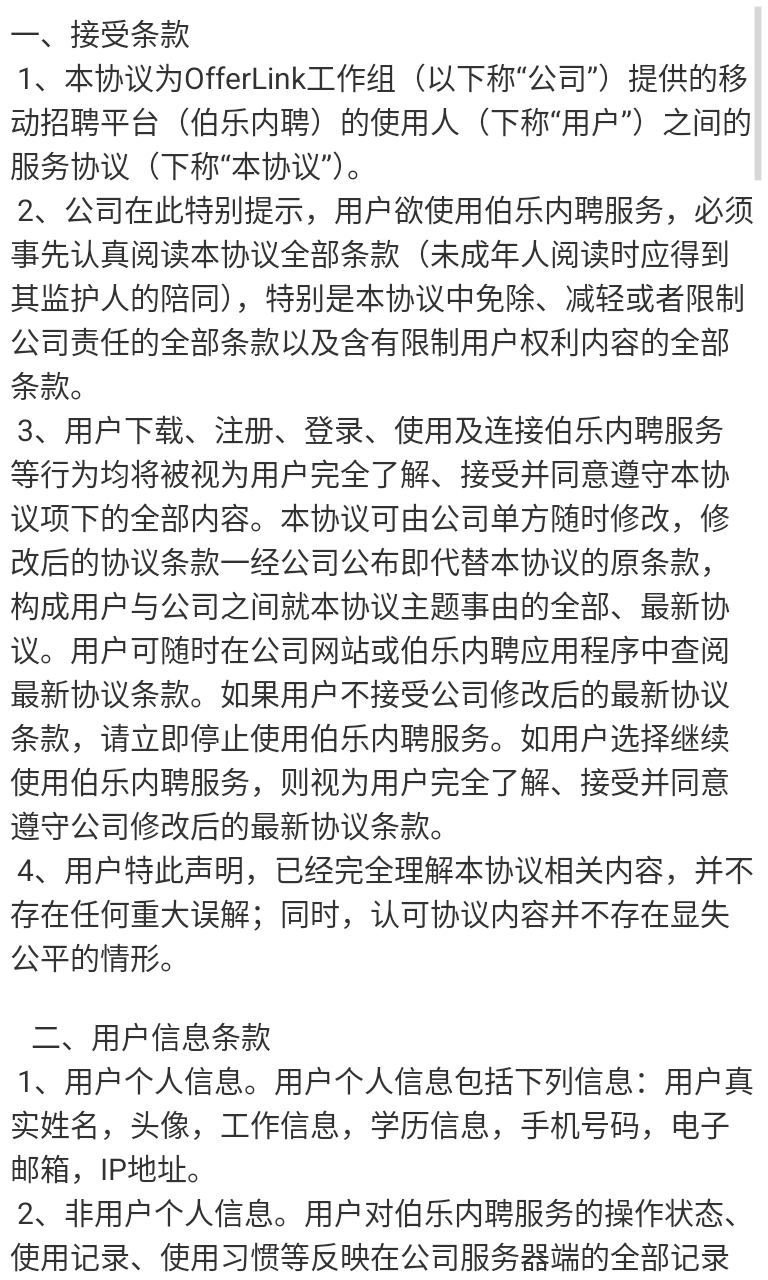
Repository: qinyuemin/OfferMe
Layout: OfferMe/OfferLinkClient/res/layout/dialog_agreement.xml
These files come from the project's save history. The layout is drawn as it stood at one moment and after the next save; the edit follows.
It is drawn on a 768 x 1280 px phone screen (xhdpi) without system bars, with theme AppTheme; the app's code is not run.

Above is the layout before, as saved 2014-12-19 17:17:07.

### OfferMe/OfferLinkClient/res/layout/dialog_agreement.xml
<?xml version="1.0" encoding="utf-8"?>
<ScrollView xmlns:android="http://schemas.android.com/apk/res/android"
    android:id="@+id/scrollView1"
    android:layout_width="match_parent"
    android:layout_height="wrap_content" >

    <LinearLayout
        android:layout_width="match_parent"
        android:layout_height="match_parent"
        android:orientation="vertical" >

        <TextView
            android:id="@+id/textView1"
            android:layout_width="fill_parent"
            android:layout_height="fill_parent"
            android:paddingLeft="5dp"
            android:paddingRight="5dp"
            android:paddingTop="5dp"
            android:text="@string/agreement"
            android:textSize="15sp" />

    </LinearLayout>

</ScrollView>

### OfferMe/OfferLinkClient/res/values/styles.xml
<resources>

    <!--
        Base application theme, dependent on API level. This theme is replaced
        by AppBaseTheme from res/values-vXX/styles.xml on newer devices.
    -->
    <style name="AppBaseTheme" parent="android:Theme.Holo">
        <!--
            Theme customizations available in newer API levels can go in
            res/values-vXX/styles.xml, while customizations related to
            backward-compatibility can go here.
        -->
    </style>

    <!-- Application theme. -->
    <style name="AppTheme" parent="AppBaseTheme">
        <!-- All customizations that are NOT specific to a particular API-level can go here. -->
    </style>

    <style name="LoadingTheme" parent="Theme.AppCompat.Light">
    	<!-- background color -->
        <item name="android:windowBackground">@color/loading_background</item>
        <item name="android:windowActionBar">false</item>
        <item name="android:windowNoTitle">true</item>
    </style>

    <color name="loading_background">#1e90d2</color>

    <style name="DefaultButtonColor" parent="AppBaseTheme">
        <item name="android:background">#0080FF</item>
        <item name="android:textColor">#FFFFFF</item>
        <item name="android:textSize">12sp</item>
    </style>

    <style name="DefaultTextColor" parent="AppBaseTheme">
        <item name="android:textColor">#0080FF</item>
        <item name="android:textSize">15sp</item>
    </style>

    <style name="chat_text_date_style">
	    <item name="android:padding">2dp</item>
		<item name="android:textColor">#ffffff</item>
		<item name="android:textSize">12sp</item>
		<item name="android:background">#bfbfbf</item>
	</style>

	<style name="chat_content_date_style">
	    <item name="android:minHeight">50dp</item>
	    <item name="android:gravity">left|center</item>
		<item name="android:textColor">#000000</item>
		<item name="android:textSize">15sp</item>
		<item name="android:lineSpacingExtra">2dp</item>
		<item name="android:clickable">true</item>
		<item name="android:focusable">true</item>
		<item name="android:background">#bfbfbf</item>
	</style>

	<style name="chat_text_name_style">
		<item name="android:textColor">#818181</item>
		<item name="android:textSize">15sp</item>
		<item name="android:gravity">center</item>
	</style>

</resources>

### OfferMe/OfferLinkClient/res/values/strings.xml
<?xml version="1.0" encoding="utf-8"?>
<resources>

    <string name="app_name">伯乐内聘</string>
    <string name="action_settings">设置</string>
    <string name="action_contact_us">反馈</string>
    <string name="action_logout">退出登录</string>
    <string name="action_back">返回</string>
    <string name="action_save">保存</string>
    <string name="action_me">个人中心</string>
    <string name="action_aboutus">关于我们</string>
    <string name="action_finish">完成</string>
    <string name="action_send_mail">重新发送</string>
    <string name="action_system_message">系统消息</string>
    <string name="action_load_more">正在加载......</string>
    <string name="action_set_favorite">自己的Offer不能收藏哦~</string>
    <string name="dialog_select_city">选择城市</string>
    <string name="dialog_select_domain">选择行业</string>
    <string name="title_activity">伯乐内聘</string>
    <string name="title_activity_home_page">浏览</string>
    <string name="title_activity_inscription">注册</string>
    <string name="title_activity_logged_in">欢迎</string>
    <string name="title_activity_personal_setting">个人设置</string>
    <string name="title_activity_personal_cv">简历</string>
    <string name="title_activity_personal_workinput">工作经历</string>
    <string name="title_activity_publish_offerlist">已发布的职位</string>
    <string name="title_activity_publish_add_offer">发布新职位</string>
    <string name="title_activity_publish_modify_offer">编辑已发职位</string>
    <string name="title_activity_visitor">随便看看</string>
    <string name="title_activity_publisher_info">职位详情</string>
    <string name="title_activity_demander">求推荐</string>
    <string name="title_activity_setting">设置</string>
    <string name="title_activity_message">站内信</string>
    <string name="title_activity_setting_person">个人资料</string>
    <string name="title_activity_chat">站内信</string>
    <string name="title_activity_friend_info">个人信息</string>
    <string name="title_activity_feedback">信息反馈</string>
    <string name="title_activity_forget_pwd">忘记密码</string>
    <string name="personal_cv_mine">我的简历</string>
    <string name="personal_cv_received">收到的简历</string>
    <string name="personal_cv_workyear">工作时间</string>
    <string name="personal_cv_education">最高学历</string>
    <string name="personal_cv_school">毕业院校</string>
    <string name="personal_cv_workexpirence">工作经历</string>
    <string name="personal_cv_workexpirence_ab">工作经历</string>
    <string name="personal_cv_workplace">工作单位</string>
    <string name="personal_cv_workpost">职位</string>
    <string name="personal_cv_worktime">时间</string>
    <string name="personal_cv_workinfo_hint">必填项</string>
    <string name="personal_cv_workinfo_date_hint">至今</string>
    <string name="personal_cv_year">年</string>
    <string name="personal_cv_workexpirence_first">工作经历 1</string>
    <string name="personal_cv_workexpirence_second">工作经历 2</string>
    <string name="personal_cv_workexpirence_third">工作经历 3</string>
    <string name="personal_cv_complete">简历填写不完整</string>
    <string name="personal_cv_save_success">简历保存成功</string>
    <string name="personal_cv_save_fail">简历保存失败</string>
    <string name="personal_cv_send_success">简历投递成功</string>
    <string name="personal_cv_sent_cv">抱歉，此offer已被删除</string>
    <string name="personal_cv_send_fail">简历投递失败</string>
    <string name="personal_cv_send_not_allowed_self">自己的Offer不能投递哦~</string>
    <string name="personal_cv_send_not_allowed_incomplete">简历填写不完整哦~</string>
    <string name="personal_cv_apply"> 应聘 </string>
    <string name="personal_cv_age">岁</string>
    <string name="personal_cv_post_info">添加您三段最出彩的经历</string>
    <string name="home_page_login">邮箱</string>
    <string name="home_page_password">密码</string>
    <string name="home_page_sign_in">登录</string>
    <string name="home_page_create_account">注册</string>
    <string name="home_page_weibo">微博登录</string>
    <string name="home_page_guest">随便看看</string>
    <string name="home_page_forget_password">忘记密码？</string>
    <string name="inscription_login">邮箱</string>
    <string name="inscription_button">注册</string>
    <string name="inscription_profile">头像</string>
    <string name="inscription_firstname">名</string>
    <string name="inscription_lastname">姓</string>
    <string name="inscription_name">姓名</string>
    <string name="inscription_age">年龄</string>
    <string name="inscription_workyear">工作年限</string>
    <string name="inscription_city">期望工作城市</string>
    <string name="inscription_enterprise">目前公司</string>
    <string name="inscription_post">目前职位</string>
    <string name="inscription_mail">邮箱</string>
    <string name="inscription_telephone">电话</string>
    <string name="inscription_pwd">密码</string>
    <string name="inscription_finish">完成</string>
    <string name="inscription_reset">重置</string>
    <string name="inscription_hint">必填项</string>
    <string name="inscription_photo_lib">从图库获取头像</string>
    <string name="inscription_photo_take">从相机拍摄头像</string>
    <string name="inscription_aggreement1">注册表明同意</string>
    <string name="inscription_aggreement2">服务条款</string>
    <string name="inscription_complete_info">个人资料</string>
    <string name="inscription_cancel">取消</string>
    <string name="loggedin_publish">发内推</string>
    <string name="loggedin_demand">求内推</string>
    <string name="loggedin_mail">站内信</string>
    <string name="loggedin_info">我</string>
    <string name="loggedin_success">登录成功</string>
    <string name="loggedin_fail_network">抱歉，由于网络原因，暂时无法登录</string>
    <string name="loggedin_fail_password">用户名密码错误</string>
    <string name="personal_setting_upload">更换头像</string>
    <string name="personal_setting_firstname">名</string>
    <string name="personal_setting_lastname">姓</string>
    <string name="personal_setting_city">所在城市</string>
    <string name="personal_setting_enterprise">所在公司</string>
    <string name="personal_setting_mail">邮箱</string>
    <string name="personal_setting_telephone">电话</string>
    <string name="personal_setting_pwd">密码</string>
    <string name="personal_setting_send_message">站内信</string>
    <string name="personal_setting_save">保存更改</string>
    <string name="personal_setting_change_pwd">更改密码</string>
    <string name="personal_setting_change">更改</string>
    <string name="personal_setting_publish">公开</string>
    <string name="personal_setting_offer_detele">删除</string>
    <string name="personal_setting_first_work">应届生</string>
    <string name="publisher_enterprise">公司</string>
    <string name="publisher_city">地点</string>
    <string name="publisher_domain">行业</string>
    <string name="publisher_post">职位</string>
    <string name="publisher_mailbox">接收邮箱</string>
    <string name="publisher_salary">月薪</string>
    <string name="publisher_content">职位详情</string>
    <string name="publisher_salary_unit">元/月</string>
    <string name="publisher_entreprise_hint">必填项</string>
    <string name="publisher_city_hint">必填项</string>
    <string name="publisher_post_hint">必填项</string>
    <string name="publisher_content_hint">必填项</string>
    <string name="publisher_domain_hint">公司所属行业</string>
    <string name="publisher_mailbox_hint">邮箱</string>
    <string name="publisher_salary_hint">不填为面议</string>
    <string name="publisher_finish">发布</string>
    <string name="publisher_reset">重置</string>
    <string name="publisher_prompt">行业</string>
    <string name="publisher_set_favorite">赞</string>
    <string name="publisher_phone_call">呼叫</string>
    <string name="publisher_phone_cancel">取消</string>
    <string name="publisher_education">学历</string>
    <string name="publisher_workyear">工作年限</string>
    <string name="publisher_post_info">职位信息</string>
    <string name="publisher_post_demand">职位要求</string>
    <string name="publisher_post_description">职位描述</string>
    <string name="publisher_mailbox_not_public">邮箱不公开哦~</string>
    <string name="ic_menu_search">搜索</string>
    <string name="demander_search_entreprise">公司或职位</string>
    <string name="demander_search_region">地区</string>
    <string name="demander_search">搜索</string>
    <string name="publisher_info_name">推荐人</string>
    <string name="publisher_info_city">目前在</string>
    <string name="publisher_info_entreprise">就职于</string>
    <string name="publisher_info_contact_info">联系方式</string>
    <string name="publisher_info_post_detail">发布的职位</string>
    <string name="publisher_info_send_mail">发站内信</string>
    <string name="publisher_offer_info_date">发布日期:</string>
    <string name="publisher_offer_info_mail">联系邮箱:</string>
    <string name="publisher_offer_info_name">联系人</string>
    <string name="publisher_offer_info_salary">月薪</string>
    <string name="publisher_offer_info_education">学历</string>
    <string name="publisher_offer_info_workyear">工作年限</string>
    <string name="publisher_offer_info_share">分享</string>
    <string name="publisher_offer_info_sendmail">站内信</string>
    <string name="publisher_offer_info_favorite">收藏</string>
    <string name="publisher_offer_success">恭喜，职位发布成功</string>
    <string name="publisher_offer_modify_success">恭喜，职位修改成功</string>
    <string name="publisher_offer_fail">抱歉，职位发送失败</string>
    <string name="publisher_offer_modify_fail">抱歉，职位修改失败</string>
    <string name="publisher_offer_not_complete">抱歉，您的信息填写不全</string>
    <string name="publisher_offer_mailformat_error">抱歉，您填写的邮箱有误</string>
    <string name="publisher_offer_mail_not_public">邮箱不公开哦~</string>
    <string name="search_favorite_offer_success">恭喜，操作成功</string>
    <string name="search_favorite_offer_fail">抱歉，操作失败</string>
    <string name="search_offer_no_more">没有更多结果了哦~</string>
    <string name="setting_new_message">新消息通知</string>
    <string name="setting_new_message_accept">接受</string>
    <string name="setting_version">版本</string>
    <string name="setting_about_us">关于我们</string>
    <string name="setting_recommand_friedns">推荐给朋友</string>
    <string name="setting_person_profile">头像</string>
    <string name="setting_person_name">姓名</string>
    <string name="setting_person_email">邮箱</string>
    <string name="setting_person_phone">手机</string>
    <string name="setting_person_city">目前城市</string>
    <string name="setting_person_entreprise">目前公司</string>
    <string name="setting_person_public">公开</string>
    <string name="setting_person_private">隐藏</string>
    <string name="setting_person_info">个人信息</string>
    <string name="setting_person_workinfo">职业信息</string>
    <string name="setting_person_favorite_offer">收藏的职位</string>
    <string name="setting_person_applied_offer">应聘的职位</string>
    <string name="setting_person_published_offer">发出的职位</string>
    <string name="chat_list_bar_title">站内信</string>
    <string name="chat_list_bar_edit">编辑</string>
    <string name="chat_list_system">系统消息</string>
    <string name="chat_list_system_noMessage">没有系统消息</string>
    <string name="chat_list_cv">我收到的简历</string>
    <string name="chat_friend_name">姓名</string>
    <string name="chat_list_last_message">没有新消息</string>
    <string name="chat_list_last_message_time">时间</string>
    <string name="chat_bar_title">未知</string>
    <string name="chat_bar_return">返回</string>
    <string name="chat_back">返回</string>
    <string name="chat_send">发送</string>
    <string name="char_fail">信息发送失败</string>
    <string name="forget_pwd_mail">注册的邮箱</string>
    <string name="aboutus_qq">官方吐槽QQ：3175007934</string>
    <string name="aboutus_weixin">微信公众账号：OfferLink</string>
    <string name="aboutus_service">服务条款</string>
    <string name="agreement_title">伯乐内聘服务协议</string>
    <string name="agreement">
一、接受条款\n
1、本协议为OfferLink工作组（以下称“公司”）提供的移动招聘平台（伯乐内聘）的使用人（下称“用户”）之间的服务协议（下称“本协议”）。\n
2、公司在此特别提示，用户欲使用伯乐内聘服务，必须事先认真阅读本协议全部条款（未成年人阅读时应得到其监护人的陪同），特别是本协议中免除、减轻或者限制公司责任的全部条款以及含有限制用户权利内容的全部条款。\n
3、用户下载、注册、登录、使用及连接伯乐内聘服务等行为均将被视为用户完全了解、接受并同意遵守本协议项下的全部内容。本协议可由公司单方随时修改，修改后的协议条款一经公司公布即代替本协议的原条款，构成用户与公司之间就本协议主题事由的全部、最新协议。用户可随时在公司网站或伯乐内聘应用程序中查阅最新协议条款。如果用户不接受公司修改后的最新协议条款，请立即停止使用伯乐内聘服务。如用户选择继续使用伯乐内聘服务，则视为用户完全了解、接受并同意遵守公司修改后的最新协议条款。\n
4、用户特此声明，已经完全理解本协议相关内容，并不存在任何重大误解；同时，认可协议内容并不存在显失公平的情形。\n\n

二、用户信息条款\n
1、用户个人信息。用户个人信息包括下列信息：用户真实姓名，头像，工作信息，学历信息，手机号码，电子邮箱，IP地址。\n
2、非用户个人信息。用户对伯乐内聘服务的操作状态、使用记录、使用习惯等反映在公司服务器端的全部记录信息，及其他一切本条第1款所述的用户个人信息范围外的信息，均为普通信息，均不属于用户个人信息。\n
3、第三方平台记录信息。用户通过新浪微博账号等第三方平台账号（下称“第三方平台”）注册、登陆、使用伯乐内聘服务的，将被视为用户完全了解、同意并接受公司已包括但不限于收集、统计、分析等方式使用其在新浪微博等第三方平台上填写、登记、公布、记录的全部信息（下称“第三方平台记录信息”）。用户一旦使用第三方平台账号注册、登陆、使用伯乐内聘服务，公司对该等第三方平台记录的信息的任何使用，均将被视为已经获得了用户本人的完全同意并接受。\n
4、重要提示：为向客户提供伯乐内聘服务，公司将可能使用用户个人信息、非用户个人信息及第三方平台记录信息（以下合称“用户信息”）。用户一旦注册、登陆、使用伯乐内聘服务，将视为用户完全了解、同意并接受公司通过包括但不限于收集、统计、分析、使用等方式使用用户信息。\n
5、用户个人信息的使用目的、方式和范围。用户承诺其已完全了解：公司使用用户信息的目的在于：为用户提供包括职位推荐、简历查询、发布职位等伯乐内聘服务的各项功能；公司使用用户信息的方式包括但不限于：收集、统计、分析、商业用途的使用等方式；公司使用用户信息的范围包括但不限于：本条第1、2、3款所定义的用户个人信息、非用户个人信息、第三方平台记录信息等。\n
6、用户查询、更正信息的渠道。用户可通过伯乐内聘服务中的【更新个人信息】相关功能查询、更正其授权伯乐内聘服务使用的用户信息。\n
7、用户拒绝提供信息的方式及后果。用户可以通过停止使用伯乐内聘服务，不再向公司提供用户信息。但是，用户此前同意公司使用的用户信息，公司不承担删除、销毁的责任。用户拒绝提供用户信息的，公司可以随时停止提供伯乐内聘服务。\n
8、特别说明：用户授权的明确性和不可撤销性。用户注册、登陆、使用伯乐内聘服务的行为，即视为明确同意公司收集和使用其用户信息，无需其他意思表示。用户对公司的前述明确同意是不可撤销、基于其自身真实意思表示的授权。公司对用户信息的使用无需向用户支付任何费用。用户可关闭账户或者停止使用伯乐内聘服务，但是用户前述关闭或停止使用的行为，对公司无追溯效力，公司此前经用户同意和授权对用户信息的一切使用行为，仍然合法有效。\n
9、公司承诺。公司不会以违反法律、行政法规以及本协议约定的方式收集、使用用户信息。\n\n

三、伯乐内聘服务使用规则\n
1、用户完全了解并同意：用户对以其帐号注册、登陆、使用伯乐内聘服务的全部行为，包括其提供给公司的全部用户信息、以其伯乐内聘服务账号进行的所有行为和事件独立承担完全的法律责任。\n
2、用户同意在使用伯乐内聘服务过程中，严格遵守以下规则：\n
（1）遵守中国法律、法规、行政规章及规范性文件；\n
（2）遵守公司所有与伯乐内聘服务有关的协议、规定、程序、通知、使用守则等全部文件；\n
（3）不得为任何违法、犯罪目的而使用伯乐内聘服务；\n
（4）不得以任何形式使用伯乐内聘服务侵犯公司的合法权利；\n
（5）不得利用伯乐内聘服务进行任何可能对互联网正常运转造成不利影响的行为；\n
（6）不得利用公司提供的服务上传、展示或传播任何虚假的、骚扰性的、中伤他人的、种族歧视性的、辱骂性的、恐吓性的、情色的或其他任何非法的信息资料；\n
（7）不得以任何方式侵犯其他任何人依法享有的专利权、著作权、商标权、商业秘密等知识产权，第三人的名誉权或其他任何第三方的合法权益。\n
3、公司有权对用户使用伯乐内聘服务的情况进行审查和监督，如用户在使用伯乐内聘服务时违反任何上述约定，公司有权要求用户改正或直接单方面采取一切必要措施，以消除或减轻用户不当行为给公司、第三方、互联网服务或社会公共利益造成的任何影响。公司在进行前述操作前，操作过程中或操作完成后不对用户进行任何方式的通知。\n
4、用户在使用公司各项服务的同时，同意接受公司发布、推送、提供的各类信息。\n
5、用户同意，公司有权随时变更、中止或终止部分或全部的伯乐内聘服务，公司无需就此通知用户，且公司不因此对用户或任何第三方承担任何责任。\n\n

四、信息披露的免责条款\n
公司将按照法律法规的规定及行业规范使用用户信息，不向任何无关的第三方披露用户个人信息中能够对用户个人进行身份辨识的用户个人信息或用户个人通讯信息，但有下列情形之一的除外：\n
1、事先获得了用户的明确授权；\n
2、为了维护公众以及公司的合法利益；\n
3、公司可能会与第三方合作向用户提供相关的网络服务，在此情形下，如果该等第三方同意承担与本协议约定的用户隐私保护条款同等的责任，则公司有权将用户信息提供给该等第三方，无需获得用户的另行同意；\n
4、按照有关的法律法规要求；\n
5、按照相关政府主管部门、司法机关的要求。\n
用户完全了解并同意，发生上述任何一种或多种情形时，公司对向任何第三方披露用户信息的行为不承担任何责任。\n\n

五、知识产权\n
1、“知识产权”是指与伯乐内聘服务相关的各种类的过去有效的、现行有效的、或即将产生的知识产权，包括但不限于发明专利、商标、著作权、实用新型、外观设计、布图设计、商业秘密、其他知识产权以及相关申请的权利。\n
2、公司为与伯乐内聘服务相关的全部知识产权的权利人，对伯乐内聘服务提供过程中包含的全部知识产权，包括但不限于任何文本、图片、图形、音频和/或视频资料享有及保留完整、独立的全部权利。未经公司同意，用户不得在任何媒体直接或间接发布、播放、出于播放或发布目的而改写或再发行公司享有知识产权的或者伯乐内聘服务提供任何资料和信息，也不得将前述资料和信息用于任何商业目的。\n
3、对于用户本人创作并上传到伯乐内聘网站或平台的任何文本、图片、图形、音频和/ 或视频等，公司保留对其内容进行实时监控的权利，并有权依公司独立判断对任何违反本协议约定或涉嫌违法、违规的内容实施删除。公司对于删除用户作品引起的任何后果或导致用户的任何损失不负任何责任。\n
4、本条款非经公司书面同意将持续有效，不因用户关闭伯乐内聘服务账户或者停止使用伯乐内聘服务而失效。\n\n

六、其他免责声明\n
1、信息依现状提供。公司提供的全部服务信息仅依照该等信息提供时的现状提供并仅供用户参考，公司不对信前述信息的准确性、完整性、适用性等做任何承诺和保证。用户应对公司提供的信息自行判断，并承担因使用前述信息而引起的任何、全部风险，包括因其对信息的正确性、完整性或实用性的任何依赖或信任而导致的风险。公司无需对因用户使用信息的任何行为导致的任何损失承担责任。\n
2、对于因不可抗力或公司不能预料、或不能控制的原因（包括但不限于计算机病毒或黑客攻击、系统不稳定、用户不当使用账户、以及其他任何技术、互联网络、通信线路原因等）造成的包括但不限于用户计算机信息和数据的安全，用户个人信息的安全等给用户或任何第三方造成的任何损失等，公司不承担任何责任。\n
3、由于用户以违法、违规或违反本协议约定等任何方式使用伯乐内聘服务的行为，包括但不限于登录网站内容违法、不真实、不正当，侵犯第三方任何合法权益等，给公司或其他第三人造成的任何损失，用户同意承担由此造成的全部损害赔偿责任。\n
4、用户完全了解并同意，在使用伯乐内聘服务的过程中，可能存在来自任何其他第三方的包括威胁性的、诽谤性的、令人反感的或非法的内容或行为，也可能存在对他人权利（包括知识产权）造成侵犯的匿名、冒名、或伪造的各种信息或行为，用户须自行判断相关内容、信息、行为的安全性等风险，并自行独立承担上述风险给公司或第三方造成的任何责任。\n
5、公司及其合作方对伯乐内聘服务的任何及全部内容不作任何形式的承诺或保证，不论是明确的或暗示的。前述承诺或保证包括但不限于：伯乐内聘服务真实性、适销性、对特定用途的适用性、任何形式的所有权保证，非侵权保证等。公司对因前述未做承诺或保证的内容导致的任何直接、间接、偶然、特殊及后续的损害，不承担任何责任。\n\n

七、适用法律和争议解决\n
1、本协议的成立、生效、履行、解释及因本协议产生的任何争议，均适用中华人民共和国法律（不包括港澳台地区法律）。\n
2、用户和公司之间与本协议有关的任何争议，首先应友好协商解决，在争议发生之日起三十日内仍不能通过协商达成一致的，用户在此完全、不可撤销地同意将前述争议提交有限公司住所地的人民法院进行诉讼。\n\n

八、其他规定\n
1、如本协议中的任何条款因任何原因完全或部分无效或不具有执行力，均不影响本协议其他条款的效力。\n
2、本协议及本协议任何条款内容的最终解释权及修改权归公司所有。若您对公司及本服务有任何意见，欢迎垂询公司客服中心。服务热线：【QQ：3175007934】，服务网站：【http://www.offerlink.cn】。\n
</string>

</resources>

Loaded but not shown: OfferMe/OfferLinkClient/res/values-v11/styles.xml (common file); OfferMe/OfferLinkClient/res/values-v14/styles.xml (common file)

After the next save:
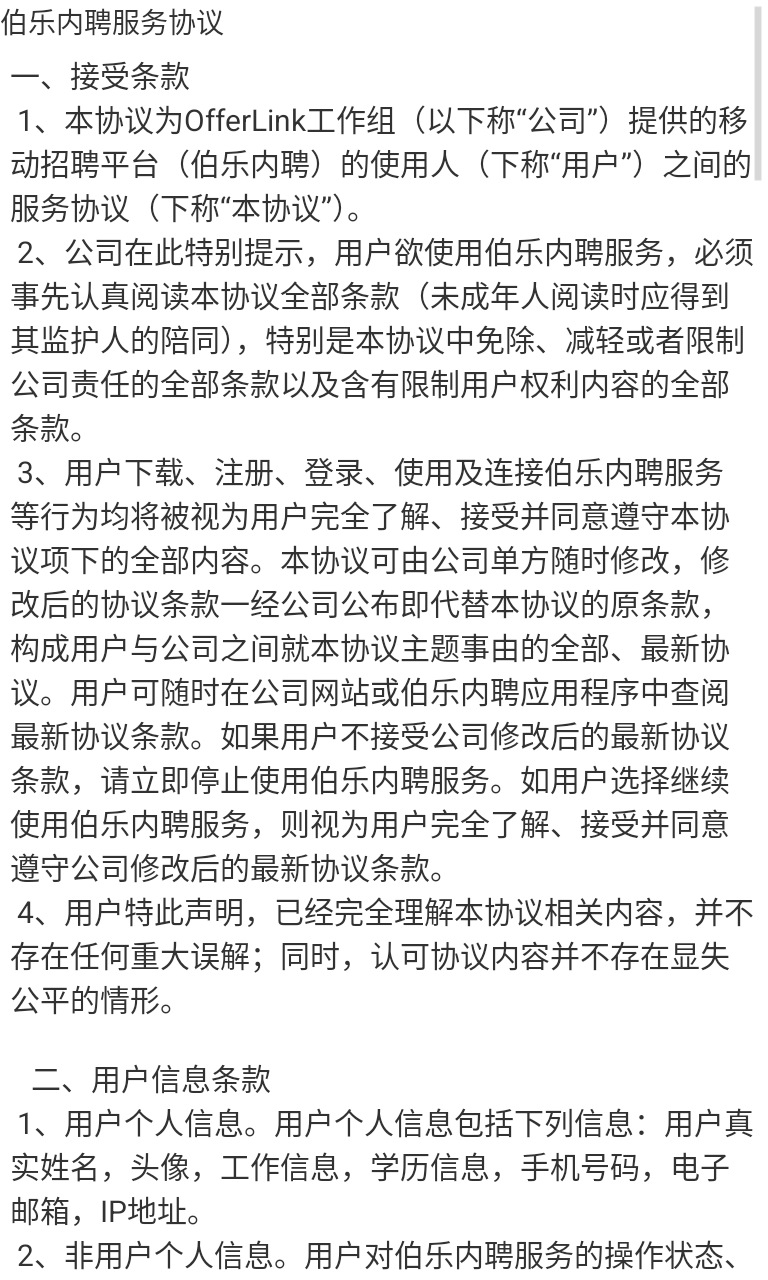
Saved 14 s later.
--- a/OfferMe/OfferLinkClient/res/layout/dialog_agreement.xml
+++ b/OfferMe/OfferLinkClient/res/layout/dialog_agreement.xml
@@ -8,6 +8,12 @@
         android:layout_width="match_parent"
         android:layout_height="match_parent"
         android:orientation="vertical" >
+
+        <TextView
+            android:id="@+id/textView2"
+            android:layout_width="wrap_content"
+            android:layout_height="wrap_content"
+            android:text="@string/agreement_title" />
 
         <TextView
             android:id="@+id/textView1"
